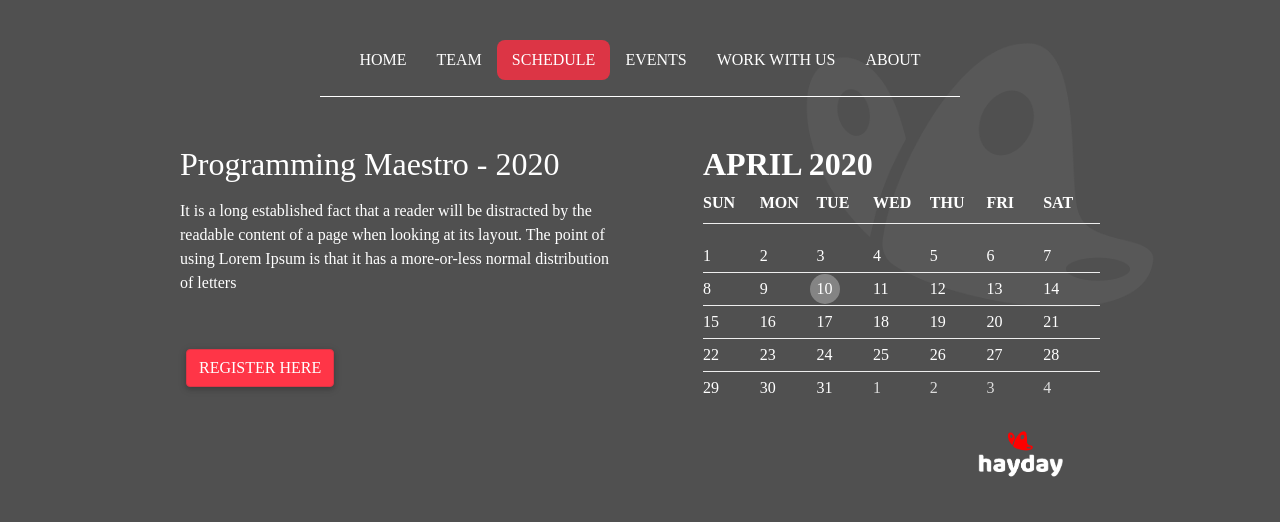
Repository: im1971/company-web
Page: schedule.html
The author's editor kept a copy of each file at every save. The page is drawn from the files as they stood at one save, then again after the next save.
The browser window is 1280 px wide. The pictures show the whole page.
Some web fonts or font styles are not loaded; a fallback is used.

Above is the page before, as saved 2020-02-08 11:18:26.
Not found: js/main.js

After the next save:
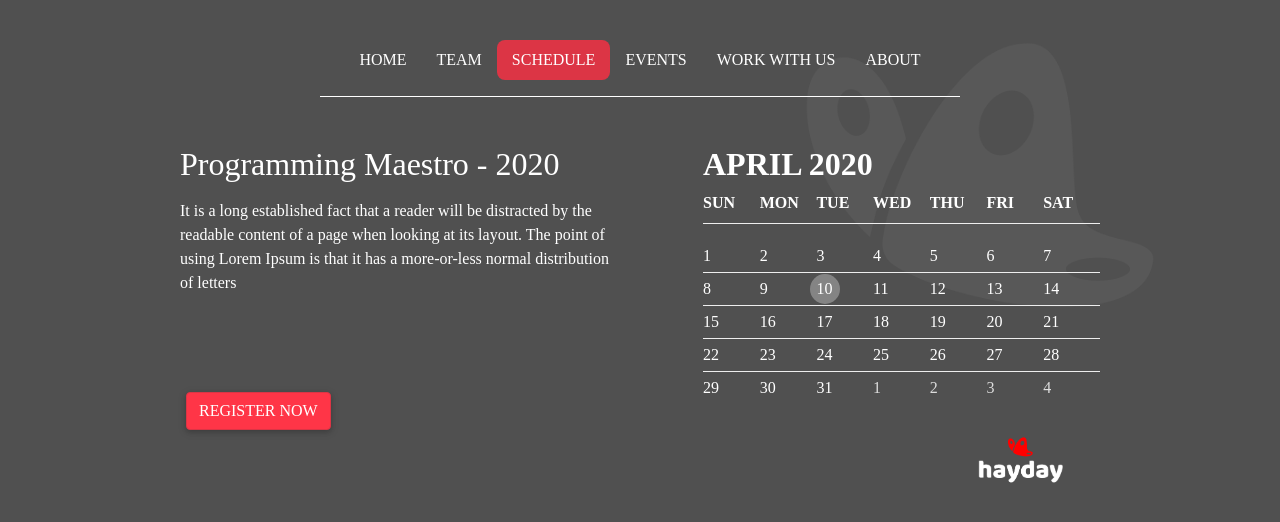
Saved 67 s later.
--- a/schedule.html
+++ b/schedule.html
@@ -65,14 +65,13 @@
                             <p class="subtitle mb-5">
                                 It is a long established fact that a reader will be distracted by the readable content of a page when looking at its layout. The point of using Lorem Ipsum is that it has a more-or-less normal distribution of letters
                             </p>
-                            <button class="btn btn-danger mb-3">Register Here</button>
-
-                            <div id="timer">
+                            <div id="timer" class="mb-3">
                                 <div id="days"></div>
                                 <div id="hours"></div>
                                 <div id="minutes"></div>
                                 <div id="seconds" class="pr-0"></div>
                             </div>
+                            <button class="btn btn-danger">Register Now</button>
                         </div>
                         <div class="col-md-5">
                             <!-- <div class="container py-5"> -->
